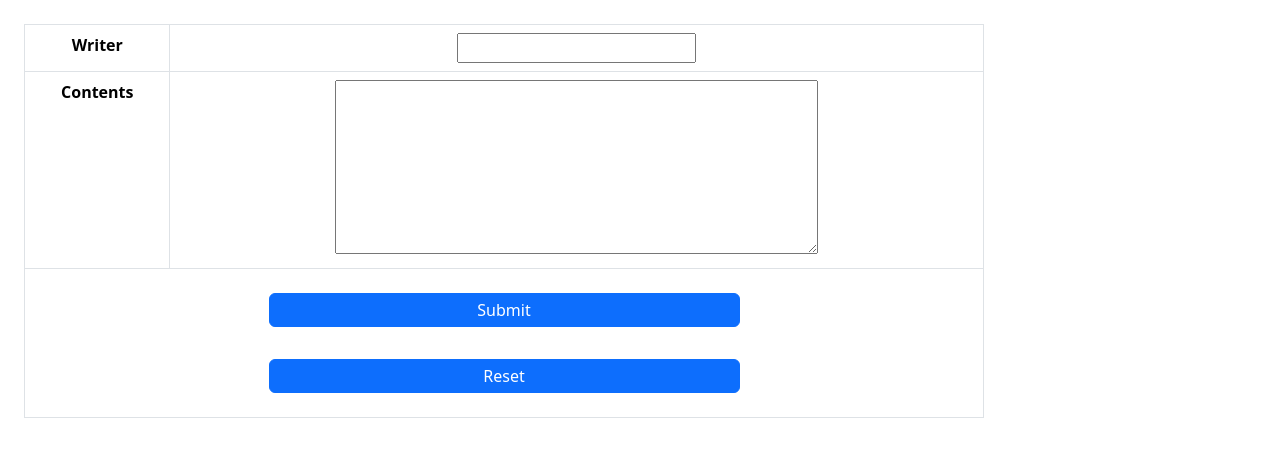
Repository: tomaters/servlets-JSP
Page: jsptest/src/main/webapp/bbs/write2.html
These files come from the project's save history. The page is drawn as it stood at one moment and after the next save; the edit follows.
The browser window is 1280 px wide. The pictures show the whole page.

Above is the page before, as saved 2023-11-29 05:55:22.

### jsptest/src/main/webapp/bbs/write2.html
<!DOCTYPE html>
<html>
<head>
<meta charset="UTF-8">
<title>Insert title here</title>
 <!-- import Bootstrap -->
    <link href="https://cdn.jsdelivr.net/npm/bootstrap@5.3.2/dist/css/bootstrap.min.css" rel="stylesheet">
    <script src="https://cdn.jsdelivr.net/npm/bootstrap@5.3.2/dist/js/bootstrap.bundle.min.js"></script>
</head>
<body>
<form method="post" action="/jsptest/visit">
      <table align="center" class="table text-center table-bordered table-hover p-2 m-4 w-75">
        <tr class="w-100">
            <th class="text-center">Writer</th>
        		<td class="text-left">
        			<input type="text" name="writer">
        		</td>
        	</tr>
        <tr>
        	<th class="text-center">Contents</th>
        	<td>
          		<textarea rows="7" cols="50" name="memo"></textarea>
         	</td>
        </tr>
        <tr>
         <td colspan="2" align="center">
           <input type="submit" class="btn btn-primary w-50 p-1 m-3" value="Submit">
           <input type="reset" class="btn btn-primary w-50 p-1 m-3" value="Reset">
         </td>
         </tr>
    </table>
    </form>
</body>
</html>

After the next save:
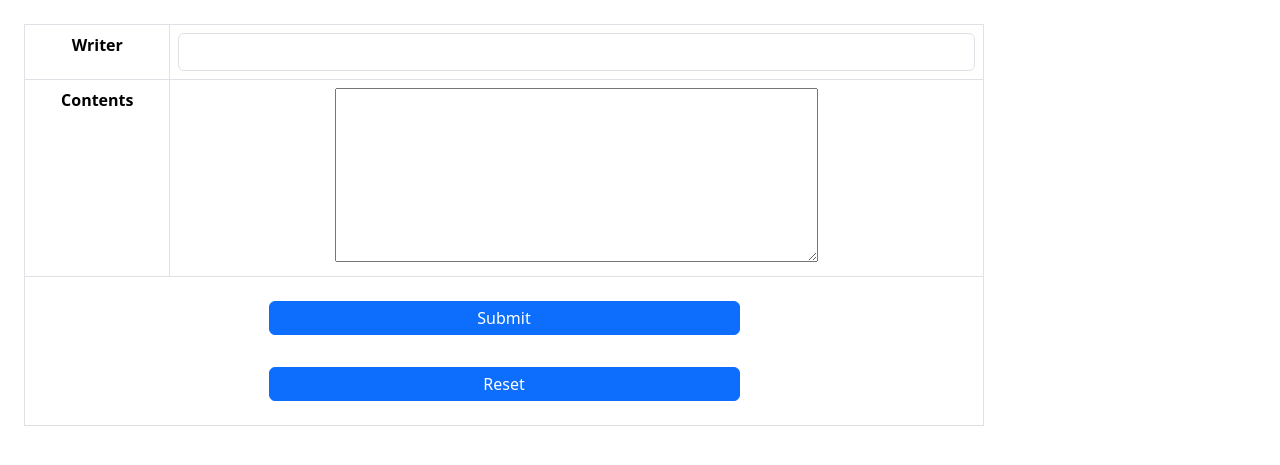
Saved 53 s later.
--- a/jsptest/src/main/webapp/bbs/write2.html
+++ b/jsptest/src/main/webapp/bbs/write2.html
@@ -12,8 +12,8 @@
       <table align="center" class="table text-center table-bordered table-hover p-2 m-4 w-75">
         <tr class="w-100">
             <th class="text-center">Writer</th>
-        		<td class="text-left">
-        			<input type="text" name="writer">
+        		<td>
+        			<input type="text" name="writer" class="form-control">
         		</td>
         	</tr>
         <tr>
